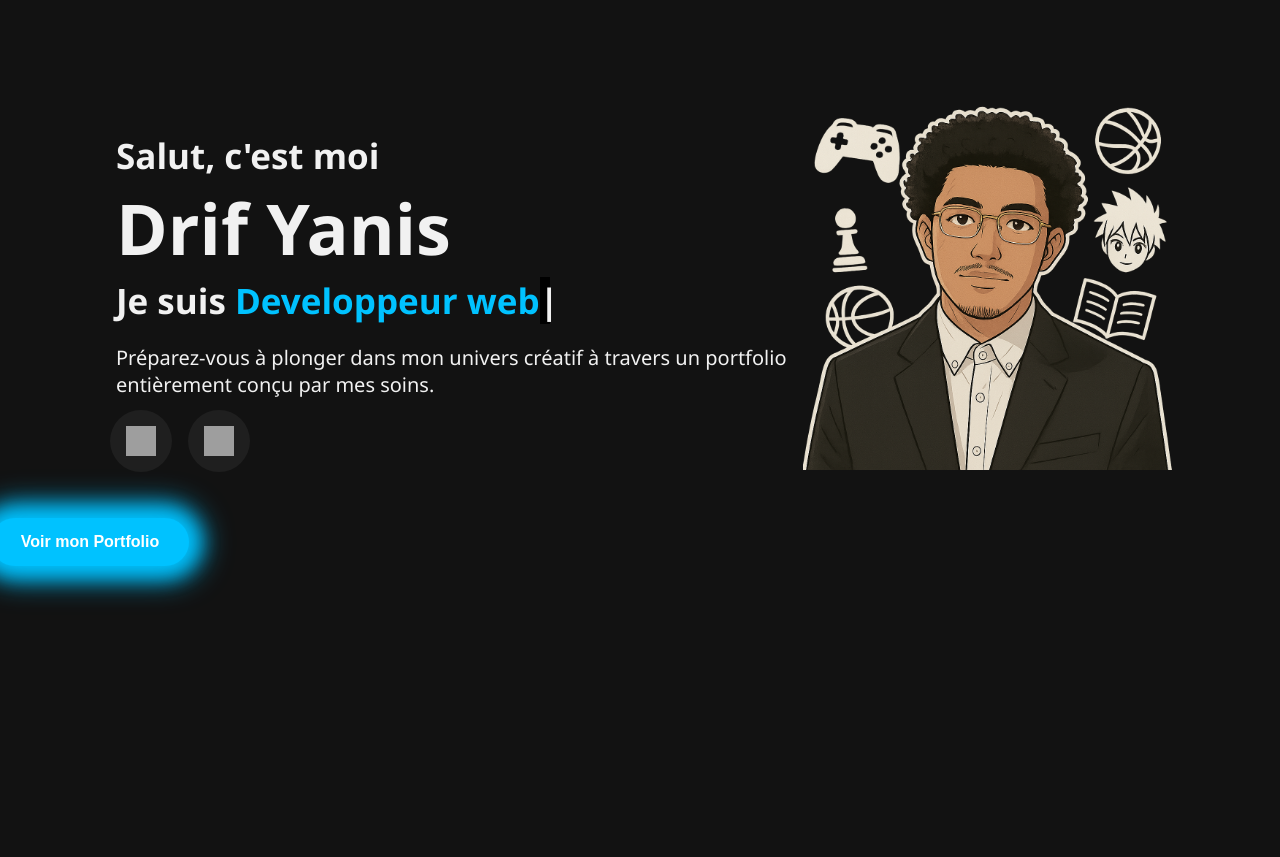
Repository: Yxniiss/ProjetCssAvance
Page: OneDrive/Bureau/Portfolio DrifYanis/index.html
An editor plug-in stored every save of this project. The page is shown before and after the next save, followed by the edit.
The browser window is 1280 px wide. The pictures show the whole page.
Pictures or frames that could not be fetched are drawn as grey boxes.

Above is the page before, as saved 2025-04-10 09:13:45.
Console error: TypeError: Cannot read properties of null (reading 'addEventListener')

After the next save:
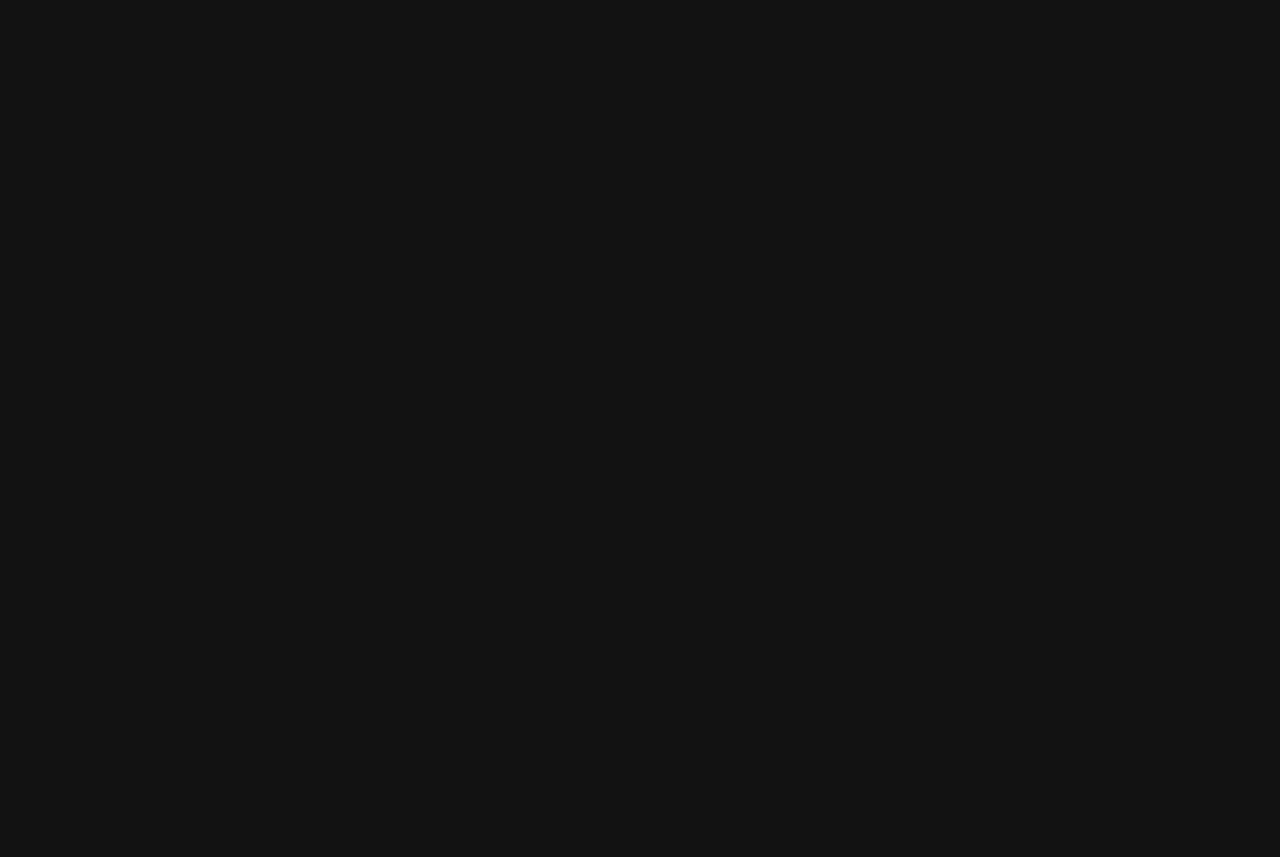
Console error: SyntaxError: Unexpected end of input
Saved 2 min 6 s later.
--- a/OneDrive/Bureau/Portfolio DrifYanis/script.js
+++ b/OneDrive/Bureau/Portfolio DrifYanis/script.js
@@ -67,14 +67,19 @@ document.addEventListener('DOMContentLoaded', () => {
   }
   commencerTypingAnimation();
 
-  window.addEventListener('load', function(){
+  window.addEventListener('load', function () {
     document.body.classList.add('loaded');
-  })
+  });
 
-  document.getElementById('modern-button').addEventListener('click', function(){
-    document.getElementById('loader').classList.remove('loaded');
+  // Bouton vers /home.html avec loader
+  const button = document.getElementById('modern-button');
+  const loader = document.getElementById('loader');
 
-    setTimeout(function(){
-      window.location.href='/home.html';
-    }, 5000);
-  });
+  if (button && loader) {
+    button.addEventListener('click', function () {
+      loader.classList.remove('loaded');
+
+      setTimeout(function () {
+        window.location.href = '/home.html';
+      }, 5000);
+    });

After the save that followed:
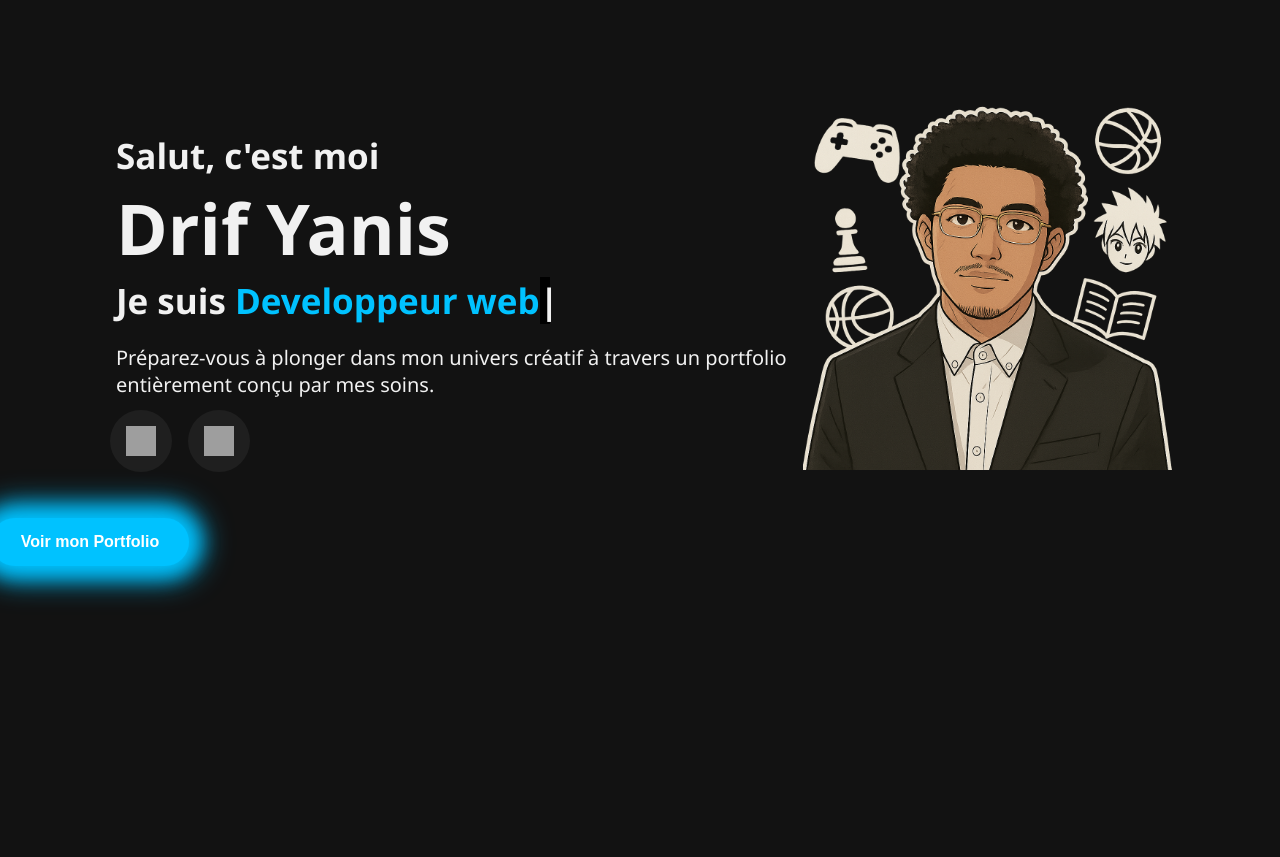
The error is gone.
Saved 7 s later.
--- a/OneDrive/Bureau/Portfolio DrifYanis/script.js
+++ b/OneDrive/Bureau/Portfolio DrifYanis/script.js
@@ -82,4 +82,4 @@ document.addEventListener('DOMContentLoaded', () => {
       setTimeout(function () {
         window.location.href = '/home.html';
       }, 5000);
-    });
+    });}
